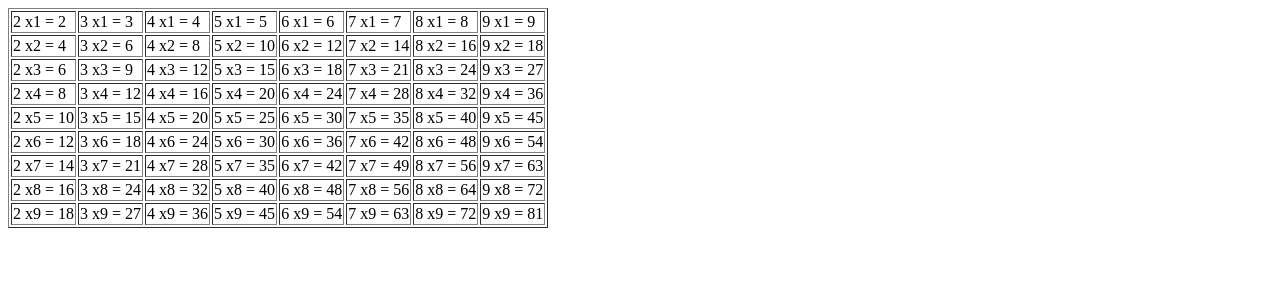
Repository: gom0109/JSP_DK
Page: http://localhost/01_Basic/01_basic/Ex12_김동욱.jsp
An editor plug-in stored every save of this project. The page is shown before and after the next save, followed by the edit.
The browser window is 1280 px wide. The pictures show the whole page.
The page is served by Tomcat 9.

Above is the page before, as saved 2021-01-19 04:50:24.

### 01_Basic/WebContent/01_basic/Ex12_김동욱.jsp
<%@ page language="java" contentType="text/html; charset=UTF-8"
    pageEncoding="UTF-8"%>
<!-- jsp 구구단 -->

<table border="1">
<%for(int i=1;i<=9;i++){%>
	<tr>



	<%for(int j=2;j<=9;j++){%>
		<td><%=j %> x<%=i %> = <%=i*j %></td>
	<%}%>
	</tr>
	<%
}
	%>




</table>

After the next save:
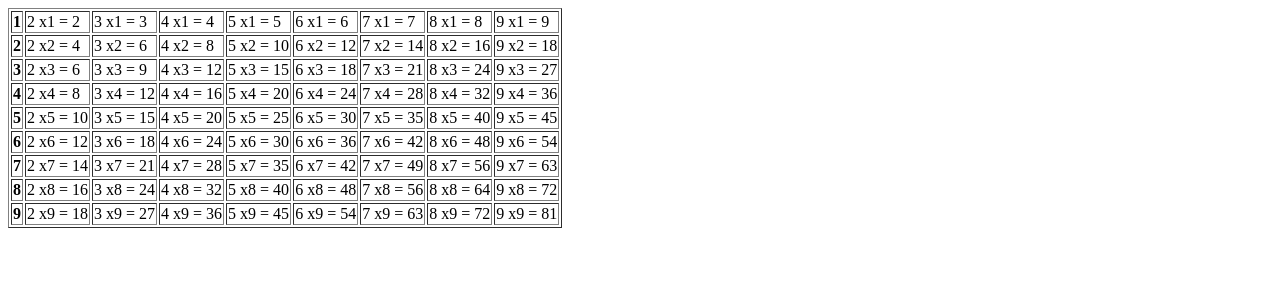
Saved 34 s later.
--- a/01_Basic/WebContent/01_basic/Ex12_김동욱.jsp
+++ b/01_Basic/WebContent/01_basic/Ex12_김동욱.jsp
@@ -5,6 +5,7 @@
 <table border="1">
 <%for(int i=1;i<=9;i++){%>
 	<tr>
+	<th><%=i %></th>
 
 
 

After the save that followed:
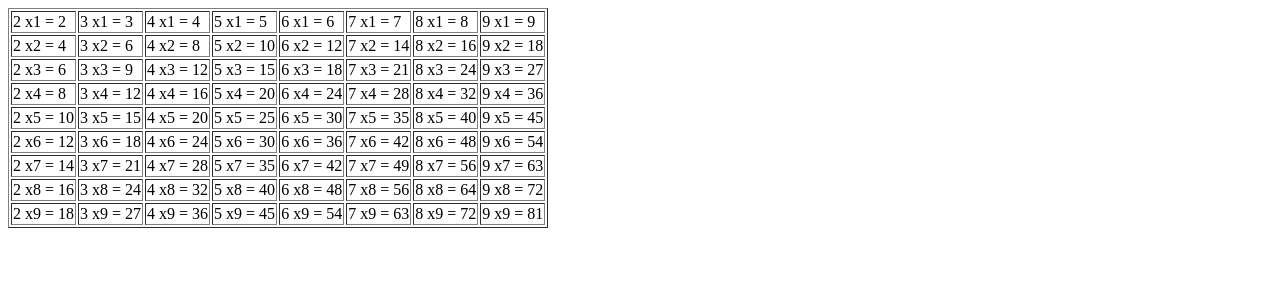
Saved 17 s later.
--- a/01_Basic/WebContent/01_basic/Ex12_김동욱.jsp
+++ b/01_Basic/WebContent/01_basic/Ex12_김동욱.jsp
@@ -5,10 +5,6 @@
 <table border="1">
 <%for(int i=1;i<=9;i++){%>
 	<tr>
-	<th><%=i %></th>
-
-
-
 	<%for(int j=2;j<=9;j++){%>
 		<td><%=j %> x<%=i %> = <%=i*j %></td>
 	<%}%>
